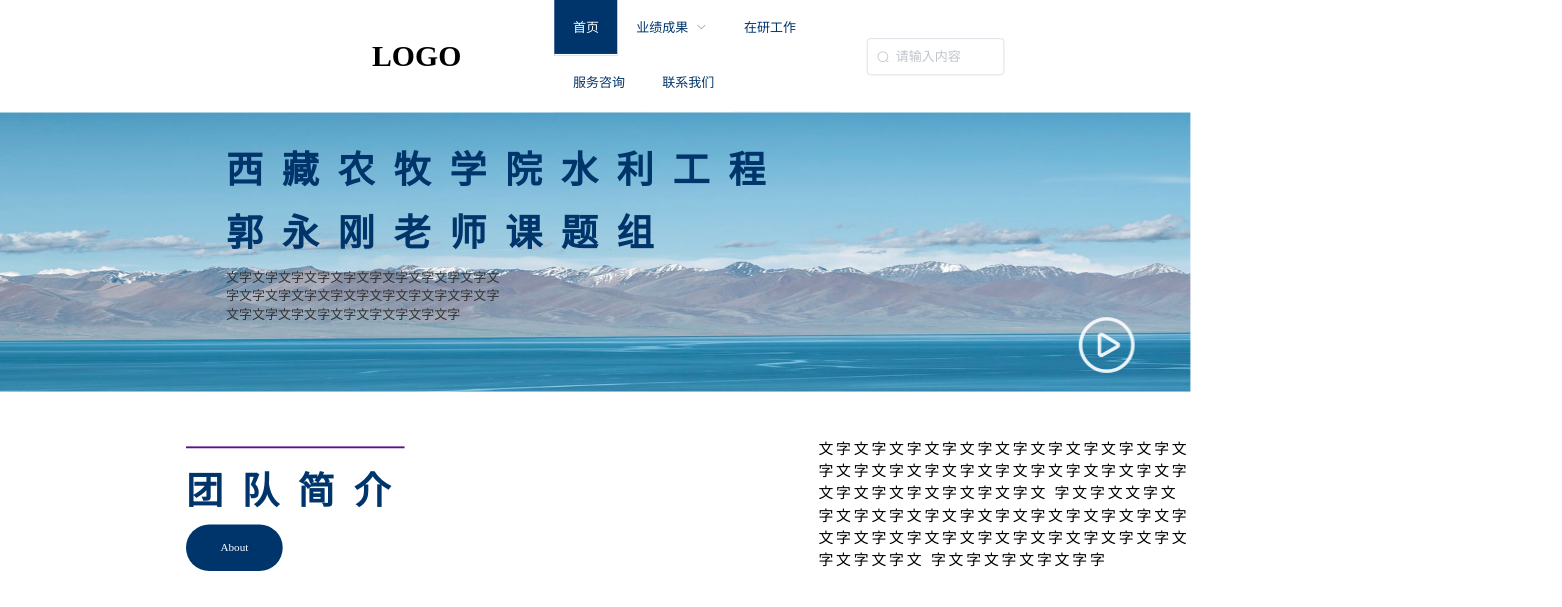
Repository: BLSY/xzust
Page: /
The author's editor kept a copy of each file at every save. The page is drawn from the files as they stood at one save, then again after the next save.
The browser window is 1280 px wide. The page is 1280 px wide, then 1680 px, so the pictures cover 1680 px, including what lies to the right of the window. The pictures show the whole page, at 93% of full size.
The project was rebuilt for these pictures with package versions that can differ from the ones it lists, and the page was loaded fresh each time.

Above is the page before, as saved 2022-11-27 09:08:17.

### index.html
<!DOCTYPE html>
<html>
  <head>
    <meta charset="utf-8">
    <meta name="viewport" content="width=device-width,initial-scale=1.0">
    <title>student</title>
  </head>
  <body style="margin:0;">
    <div id="app"></div>
    <!-- built files will be auto injected -->
  </body>
</html>

### src/main.js
// The Vue build version to load with the `import` command
// (runtime-only or standalone) has been set in webpack.base.conf with an alias.
import Vue from 'vue'
import App from './App'
import ElementUI from 'element-ui';
import 'element-ui/lib/theme-chalk/index.css';
import router from './router'

Vue.use(ElementUI);
Vue.config.productionTip = false

/* eslint-disable no-new */
new Vue({
  el: '#app',
  router,
  components: { App },
  template: '<App/>'
})

### src/App.vue
<template>
  <div id="app">
    <router-view/>
  </div>
</template>

<script>
export default {
  name: 'App'
}
</script>

<style>
#app {

}
</style>

### src/components/HelloWorld.vue
<template>
  <div class="indexBox">
    <div class="nav">
      <div class="login">LOGO</div>
      <div class="navList">
        <el-menu
          :default-active="activeIndex2"
          class="el-menu-demo"
          mode="horizontal"
          @select="handleSelect"
          background-color="#fff"
          text-color="#00356B"
          active-text-color="#fff"
        >
          <el-menu-item index="1">首页</el-menu-item>
          <el-submenu index="2">
            <template slot="title">业绩成果</template>
            <el-menu-item index="2-1">选项1</el-menu-item>
            <el-menu-item index="2-2">选项2</el-menu-item>
            <el-menu-item index="2-3">选项3</el-menu-item>
          </el-submenu>
          <el-menu-item index="3">在研工作</el-menu-item>
          <el-menu-item index="4">服务咨询</el-menu-item>
          <el-menu-item index="5">联系我们</el-menu-item>
        </el-menu>
      </div>
      <div class="serch">
        <el-input
          placeholder="请输入内容"
          prefix-icon="el-icon-search"
          v-model="input2"
        >
        </el-input>
      </div>
    </div>
    <div class="top">
      <div class="toptext">
        <h3 class="h-text">西藏农牧学院水利工程</h3>
        <h3 class="h-text" >郭永刚老师课题组</h3>
        <div class="detil">
          文字文字文字文字文字文字文字文字文字文字文字文字文字文字文字文字文字文字文字文字文字文字文字文字文字文字文字文字文字文字
        </div>

      </div>
      <div class="starvidio">
        </div>
    </div>
    <div class="team">
      <div class="team-left">
        <div class="line"></div>
        <h3 class="team-title">团队简介</h3>
        <div class="team-icon">About</div>
      </div>
      <div class="team-right">
        <div class="right-text">
          文字文字文字文字文字文字文字文字文字文字文字文字文字文字文字文字文字文字文字文字文字文字文字文字文字文字文字文
          字文字文文字文字文字文字文字文字文字文字文字文字文字文字文字文字文字文字文字文字文字文字文字文字文字文字文字文
          字文字文字文字文字字
        </div>

      </div>
    </div>
  </div>
</template>

<script>
export default {
  name: "HelloWorld",
  data() {
    return {
      activeIndex2: "1",
      input2: "",
    };
  },
  props: {
    msg: String,
  },
  methods: {
    handleSelect(key, keyPath) {
      console.log(key, keyPath);
    },
  },
};
</script>

<!-- Add "scoped" attribute to limit CSS to this component only -->
<style scoped >
*{
  list-style: none;
}
h3{
  margin: 0;
  padding: 0;
  margin: 10px 0;
}
.indexBox {
  width: 100%;
  height: 100%;
  position: relative;
  overflow: auto;
}
.nav {
  display: flex;
  align-items: center;
  justify-content: center;
  padding: 0 200px;
}
.login {
  display: inline-block;
  font-size: 32px;
  font-weight: bold;
  font-family: MicrosoftYaHei;
  margin-left: 200px;
  margin-right: 100px;
}
.navList{
  display: inline-block;
}
.serch{
  display: inline-block;
  margin-left:30px ;
}
.el-menu-item.is-active{
  background: #00356B !important;
}
.top{
  box-sizing: border-box;
  background: url(../assets/topbackg.jpg) no-repeat ;
  background-size:100% 100% ;
  position: relative;
  width: 100%;
  height: 300px;
  text-align: center;
  overflow: hidden;
  padding: 0 200px;
}
  .toptext{
    display: inline-block;
    margin-top: 20px;
    min-width: 794px;
    text-align: left;
  }
  .h-text{
    color: #00356B;
    font-size: 40px;
    letter-spacing:20px;
  }
  .detil{
    display: inline-block;
    width:300px;
    font-size: 14px;
    text-align: left;
    color:#333;
  }
  .starvidio{
    background: url(../assets/bapfang.png) no-repeat;
    background-size:100% 100% ;
    position: absolute;
    bottom: 20px;
    right: 60px;
    height: 60px;
    width: 60px;
  }
  .team{
    height: 240px;
    width:100%;
    display: flex;
    flex-direction: row;
    align-items: center;
    justify-content: space-between;
    padding: 0 200px;
  }
  .team-left{
    width: 500px;
    text-align: cente;
  }
  .team-right{
    width: 600px;
  }
  .right-text{
    width: 400px;
    text-align: left;
   letter-spacing:3px;
  }
  .team-title{
    color: #00356B;
    font-size: 40px;
    letter-spacing:20px;
  }
  .line{
    display: inline-block;
    margin: auto;
    width: 233px;
    border: 1px solid #5D0E8B;
  }
  .team-icon{
    text-align: center;
    width: 104px;
    height: 50px;
    line-height: 50px;
    color: #fff;
    font-size: 12px;
    background: #00356B;
    border-radius: 25px;
  }
</style>

Loaded but not shown: src/router/index.js (common file)

After the next save:
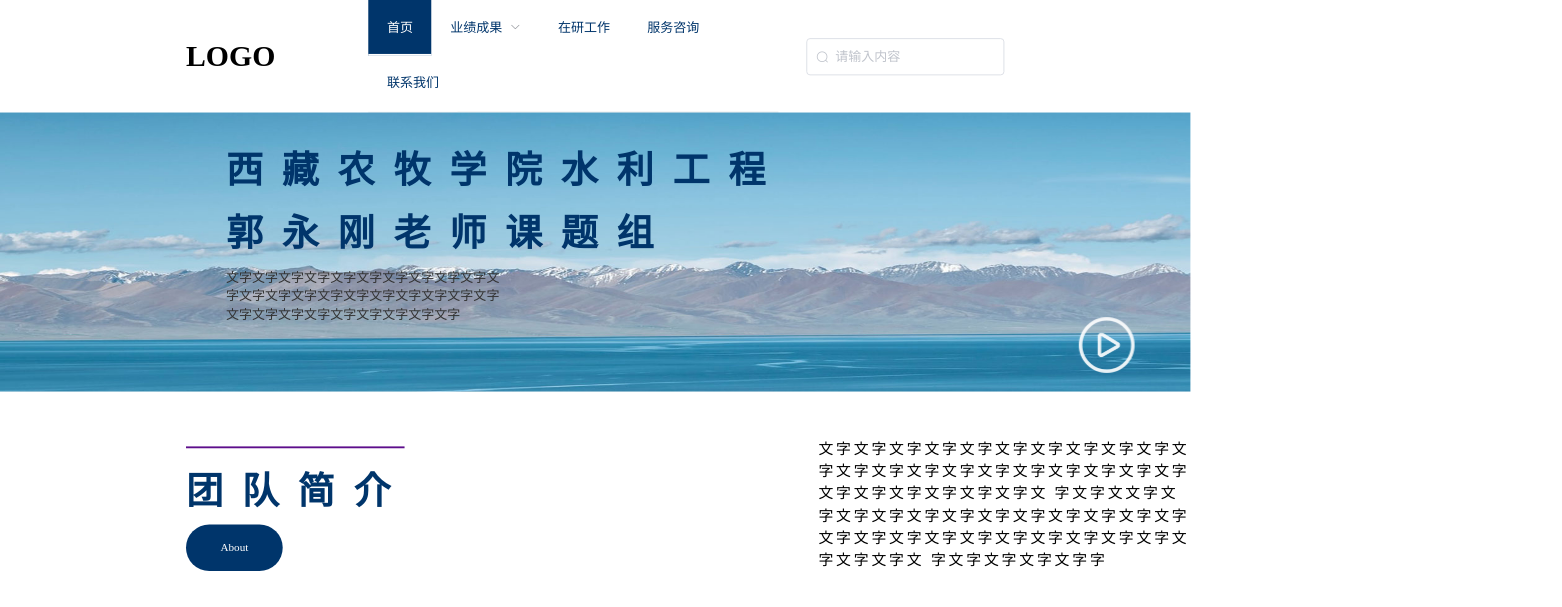
Saved 3 min 37 s later.
--- a/src/components/HelloWorld.vue
+++ b/src/components/HelloWorld.vue
@@ -97,7 +97,6 @@ h3{
   width: 100%;
   height: 100%;
   position: relative;
-  overflow: auto;
 }
 .nav {
   display: flex;
@@ -110,7 +109,6 @@ h3{
   font-size: 32px;
   font-weight: bold;
   font-family: MicrosoftYaHei;
-  margin-left: 200px;
   margin-right: 100px;
 }
 .navList{
